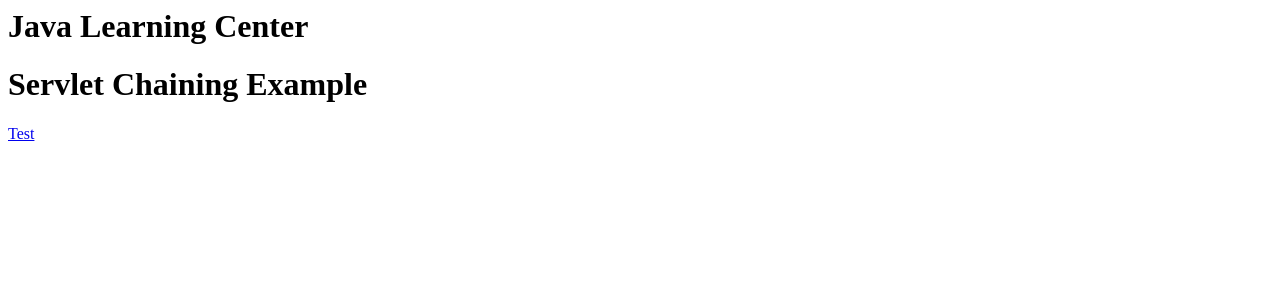
Repository: kuldeepyadav908/Java_Servlet
Page: Lab21/WebContent/index.html
These files come from the project's save history. The page is drawn as it stood at one moment and after the next save; the edit follows.
The browser window is 1280 px wide. The pictures show the whole page.

Above is the page before, as saved 2016-11-24 14:26:12.

After the next save:
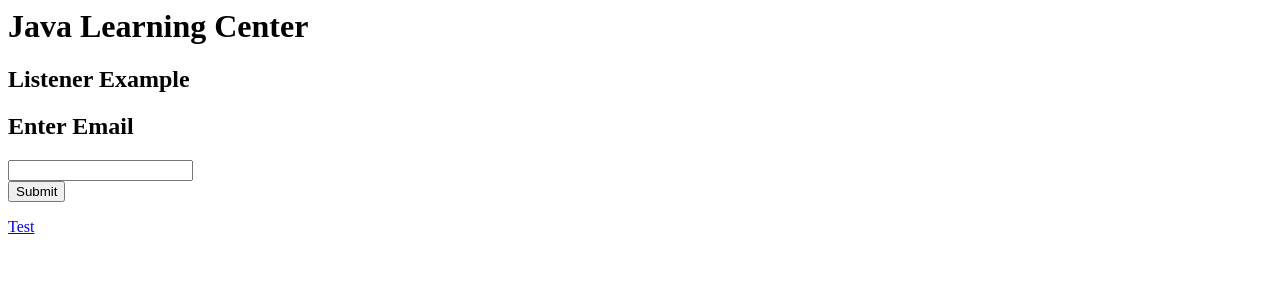
Saved 8 min 41 s later.
--- a/Lab21/WebContent/index.html
+++ b/Lab21/WebContent/index.html
@@ -1,7 +1,13 @@
 <html>
 	<body>
 		<h1>Java Learning Center</h1>
-		<h1>Servlet Chaining Example</h1>
+		<h2>Listener Example</h2>
+		<form action="test.jlc" method="post">
+		<h2>Enter Email</h2>
+		<input type="text" name="email"/>
+		<br/>
+		<input type="submit" name="submit"/>
+		</form>
 		<a href="hello.jlc">Test</a>
 	</body>
 </html>
